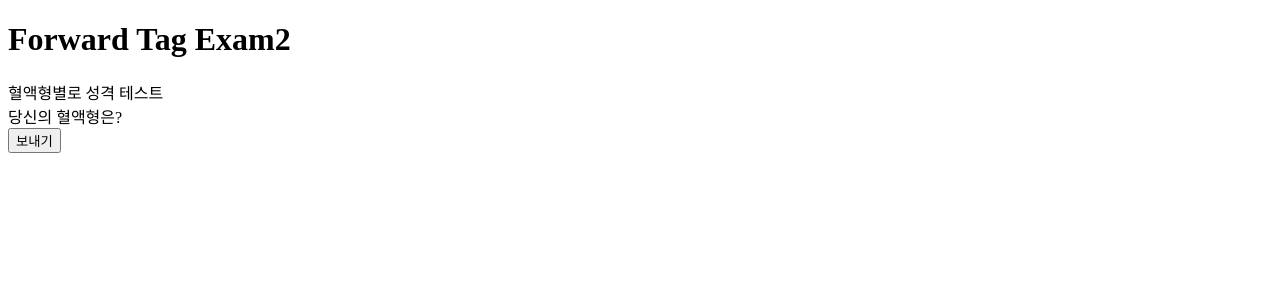
Repository: kimwoongasd/JSPAndServlet
Page: day1221/src/main/webapp/16_forwardTag2.html
These files come from the project's save history. The page is drawn as it stood at one moment and after the next save; the edit follows.
The browser window is 1280 px wide. The pictures show the whole page.

Above is the page before, as saved 2023-12-21 03:18:23.

After the next save:
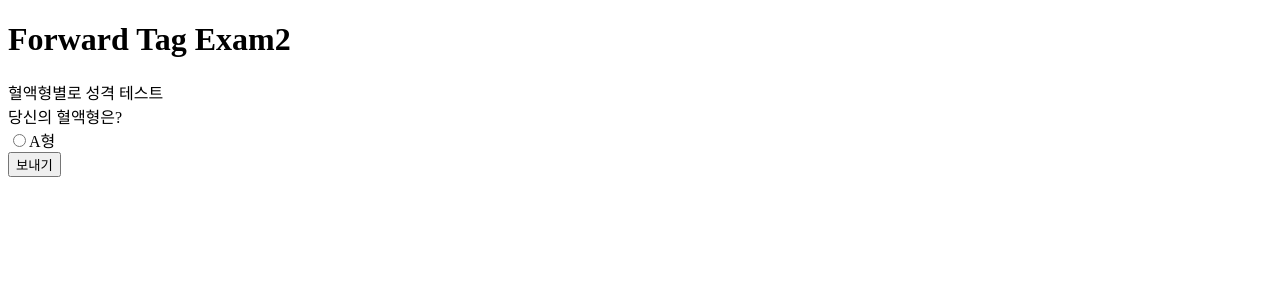
Saved 31 s later.
--- a/day1221/src/main/webapp/16_forwardTag2.html
+++ b/day1221/src/main/webapp/16_forwardTag2.html
@@ -9,6 +9,7 @@
 	<form method="post" action="forwardTag2_1.jsp">
 		혈액형별로 성격 테스트<br>
 		당신의 혈액형은?<br>
+		<input type="radio" name="bloodType" value="A">A형<br>
 		<input type="submit" value="보내기">
 	</form>
 </body>
